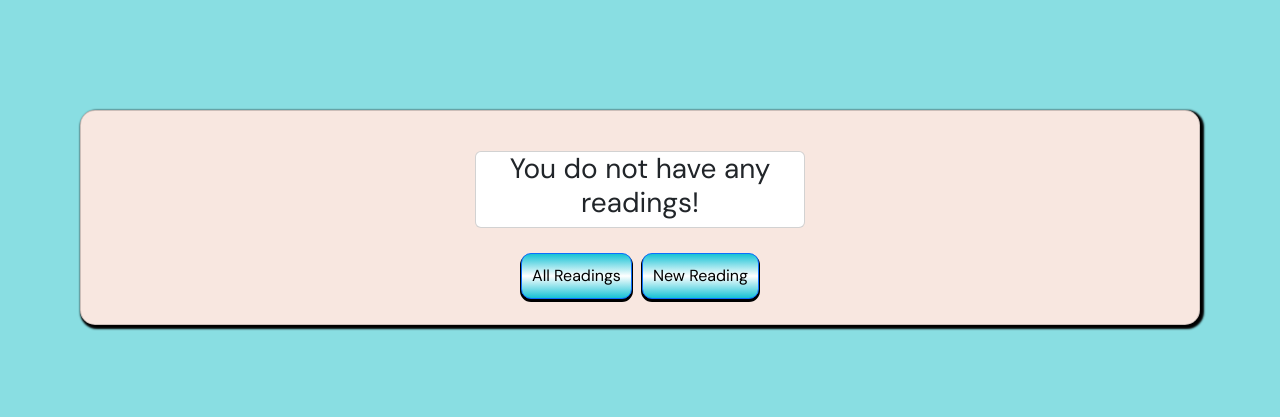
Repository: aiodell/my-glucose-checkup
Page: /dashboard (app in client/)
The author's editor kept a copy of each file at every save. The page is drawn from the files as they stood at one save, then again after the next save.
The browser window is 1280 px wide. The pictures show the whole page.
The page's requests for data from a server got no answer. The project was rebuilt for these pictures with package versions that can differ from the ones it lists, and the page was loaded fresh each time. No one was signed in, and anything a server would have sent is missing. Also part of the build but not shown: client/src/components/Login.js, client/src/components/Signup.js, client/src/components/AllReadings.js, client/src/components/NewReading.js, client/src/components/Home.js, client/src/components/BglUpdateForm.js, client/src/components/BglEventDetails.js, client/src/components/NewBglEvent.js and 8 more.

Above is the page before, as saved 2022-10-06 07:17:07.

After the next save:
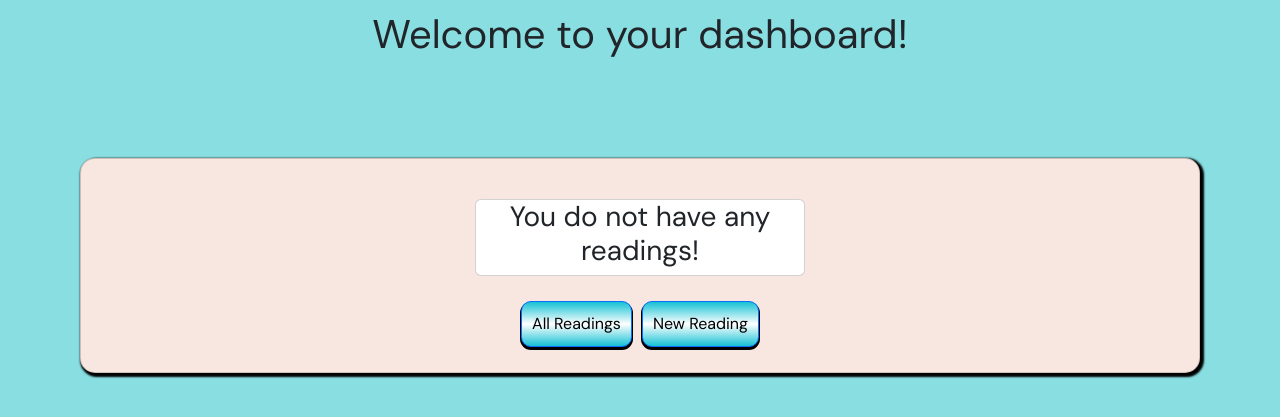
Saved 5 s later.
--- a/client/src/components/Dashboard.js
+++ b/client/src/components/Dashboard.js
@@ -72,6 +72,9 @@ const Dashboard = ({currentUser}) => {
 	// will return a dashboard alongside any highs and lows of followed users
 	return(
 		<Container className="container-style">
+		{currentUser.first_name ? <h1 className="dash-title">
+					Welcome to your dashboard, {currentUser.first_name}! </h1>
+					: <h1>Welcome to your dashboard!</h1> }
 			{errors ? errors.map(e => <section>{e}</section>):null}
 			<Card className="dash-container">
 				{currentUser.admin ?
